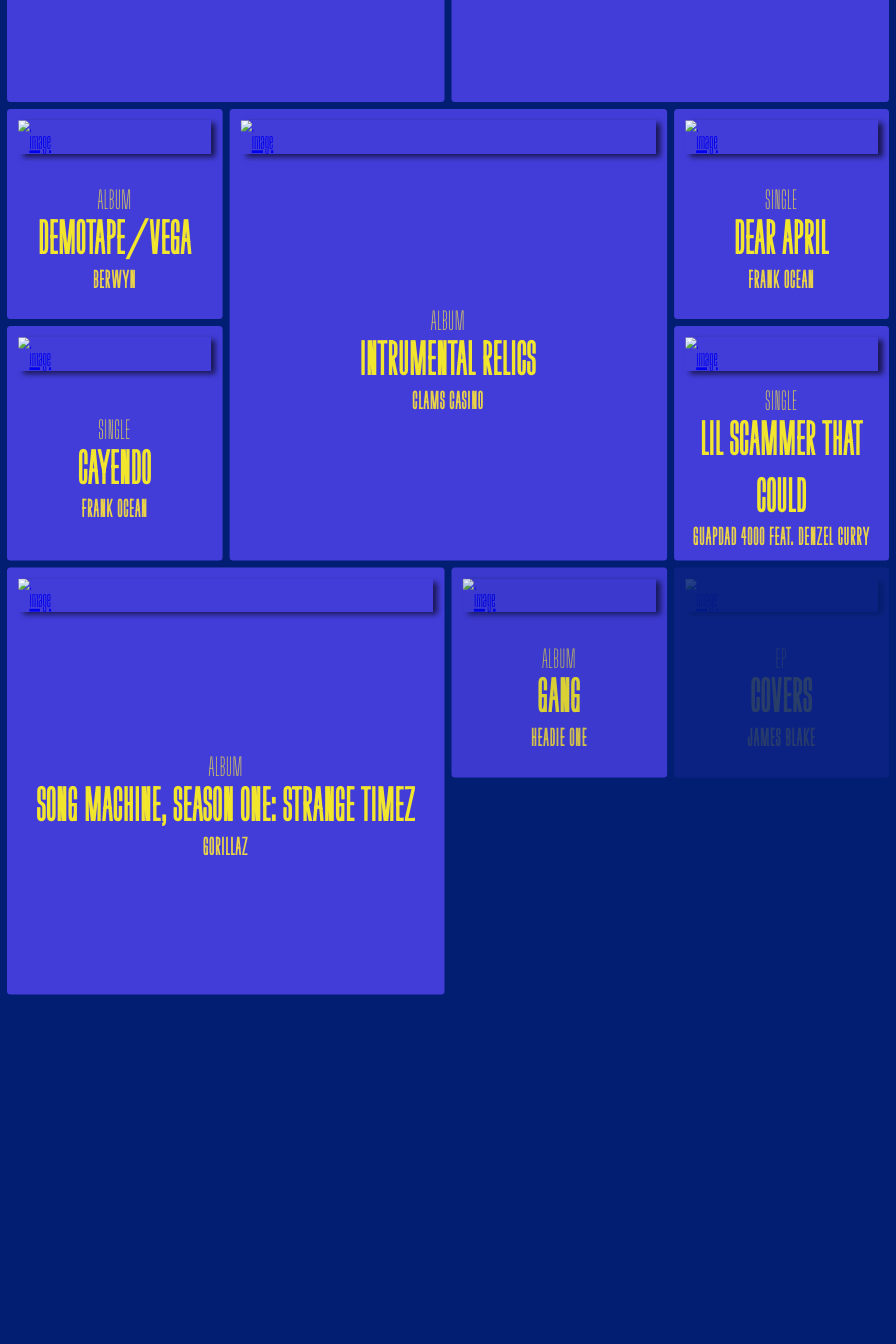
Repository: Spreceriany/musicly2020
Page: /
The author's editor kept a copy of each file at every save. The page is drawn from the files as they stood at one save, then again after the next save.
The browser window is 1280 px wide. The pictures show the part of the page from y = 2154 to 4074 px (the page is 6055 px tall), at 70% of full size.
Backgrounds fixed to the window are drawn as part of the page. Some web libraries are served in a nearby version. The project was rebuilt for these pictures with package versions that can differ from the ones it lists, and the page was loaded fresh each time.

Above is the page before, as saved 2021-01-17 22:48:04.
Console error: ReferenceError: Blazy is not defined

### index.html
<!doctype html>
<html class="no-js" lang="">

<head>
  <meta charset="utf-8">
  <title></title>
  <meta name="description" content="">
  <meta name="viewport" content="width=device-width, initial-scale=1">

  <meta property="og:title" content="">
  <meta property="og:type" content="">
  <meta property="og:url" content="">
  <meta property="og:image" content="">

  <link rel="manifest" href="site.webmanifest">
  <link rel="apple-touch-icon" href="icon.png">
  <!-- Place favicon.ico in the root directory -->

  <link rel="stylesheet" href="css/main.css">

  <meta name="theme-color" content="#fafafa">
</head>

<body>

  <div class="intro-wrapper">
    <div class="intro-bg" id="intro-bg">

    </div>
    <h3 id="title">
      My favourite albums/singles of <span class="year">2020</span>
    </h3>
    <p id="title-desc">
      A collection of music I've been listening to throughout the year
    </p>
  </div>

  <div class="grid-layout">
    <div class="grid-item grid-item-1">
      <div class="image-container  data-tilt data-tilt-glare data-tilt-max-glare="0.8"">

        <a href="https://open.spotify.com/album/6wTyGUWGCilBFZ837k5aRi">
          <img data-src="img/21savage.jpg" class="b-lazy" alt="image">
        </a>
      </div>
      <div class="album-disc">
        <a href="https://open.spotify.com/album/6wTyGUWGCilBFZ837k5aRi">
          <p>Album</p>
          <h2>Savage Mode ||</h2>
          <h3>21 Savage & Metro Boomin</h3>
        </a>
      </div>
    </div>
    <div class="grid-item grid-item-2 ">
      <div class="image-container data-tilt-glare ">
        <a href="https://open.spotify.com/album/4yP0hdKOZPNshxUOjY0cZj">
        <img data-src="img/Weekend-After-Hours-p.jpg" alt="image" class="b-lazy">
      </a>
      </div>
      <div class="album-disc">
        <a href="https://open.spotify.com/album/4yP0hdKOZPNshxUOjY0cZj">
        <p>Album</p>
        <h2>After Hours</h2>
        <h3>The Weeknd</h3>
      </a>
      </div>
    </div>

    <div class="grid-item grid-item-4">
      <div class="image-container">
        <a href="https://open.spotify.com/album/7h4cJfXQZMUCzHdqh25ye6?highlight=spotify:track:5QAUGlyYPPnis3e8ln0qiz">
        <img data-src="img/jpegmafia.jpg" class="b-lazy"  alt="image" >
      </a>
      </div>
      <div class="album-disc">
        <a href="https://open.spotify.com/album/7h4cJfXQZMUCzHdqh25ye6?highlight=spotify:track:5QAUGlyYPPnis3e8ln0qiz">
        <p>Single</p>
        <h2>BALD!</h2>
        <h3>JPEGMAFIA</h3>
        </a>
      </div>
    </div>
    <div class="grid-item span-2 grid-item-5">
      <div class="image-container">
        <a href="https://open.spotify.com/album/3dkB97Zw0sisRWTn0Wokjg?highlight=spotify:track:20wMPnqHdNdBWaKRaMM7fD">
        <img data-src="img/slowthai-feel-away.jpg" class="b-lazy" alt="image" >
      </a>
      </div>
      <div class="album-disc">
        <a href="https://open.spotify.com/album/3dkB97Zw0sisRWTn0Wokjg?highlight=spotify:track:20wMPnqHdNdBWaKRaMM7fD">
        <p>Single</p>
        <h2>Feel Away</h2>
        <h3>Slowthai feat. James Blake</h3>
      </a>
      </div>
    </div>
    <div class="grid-item grid-item-6">
      <div class="image-container">
        <a href="https://open.spotify.com/album/121Hqnfr9tMBdL0LJuIstL">
        <img data-src="img/dawson.jpg" class="b-lazy"  alt="image" >
      </a>
      </div>
      <div class="album-disc">
        <a href="https://open.spotify.com/album/121Hqnfr9tMBdL0LJuIstL">
        <p>Album</p>
        <h2>Pixel Bath</h2>
        <h3>Jean Daawson</h3>
      </a>
      </div>
    </div>
    <div class="grid-item span-2 grid-item-7">
      <div class="image-container">
        <a href="https://open.spotify.com/album/5LsyqeWryTmxsmda4xkm5a">
        <img data-src="img/denzel.jpg" class="b-lazy"  alt="image" >
      </a>
      </div>
      <div class="album-disc">
        <a href="https://open.spotify.com/album/5LsyqeWryTmxsmda4xkm5a">
        <p>Album</p>
        <h2>UNLOCKED</h2>
        <h3>Denzel Curry</h3>
      </a>
      </div>
    </div>
    <div class="grid-item span-2 grid-item-8">
      <div class="image-container">
        <a href="https://open.spotify.com/album/1YZ3k65Mqw3G8FzYlW1mmp">
        <img data-src="img/circles.jpeg" class="b-lazy" alt="image" >
      </a>
      </div>
      <div class="album-disc">
        <a href="https://open.spotify.com/album/1YZ3k65Mqw3G8FzYlW1mmp">
        <p>Album</p>
        <h2>Circles</h2>
        <h3>Mac Miller</h3>
      </a>
      </div>
    </div>
    <div class="grid-item span-2 grid-item-9">

      <div class="image-container">
        <a href="https://open.spotify.com/album/31qVWUdRrlb8thMvts0yYL">
        <img data-src="img/tame_impala.jpg" class="b-lazy" alt="image" >
      </a>
      </div>
      <div class="album-disc">
        <a href="https://open.spotify.com/album/31qVWUdRrlb8thMvts0yYL">
        <p>Album</p>
        <h2>Slow Rush</h2>
        <h3>Tame Impala</h3>
      </a>
      </div>
    </div>
    <div class="grid-item grid-item-10">

      <div class="image-container">
        <a href="https://open.spotify.com/album/3SucuvOplRzjCm602c5XuK">
         <img data-src="img/berwyn.jpg" class="b-lazy" alt="image" >
        </a>
      </div>
      <div class="album-disc">
        <a href="https://open.spotify.com/album/3SucuvOplRzjCm602c5XuK">
        <p>Album</p>
        <h2>Demotape/Vega</h2>
        <h3>Berwyn</h3>
      </a>
      </div>

    </div>
    <div class="grid-item grid-item-11 span-2">
      <div class="image-container">
        <a href="https://open.spotify.com/album/66eXLlqksAwNndmHaHWtCq">
        <img data-src="img/clams_casino.jpg" class="b-lazy" alt="image" >
      </a>
      </div>
      <div class="album-disc">
        <a href="https://open.spotify.com/album/66eXLlqksAwNndmHaHWtCq">
        <p>Album</p>
        <h2>Intrumental Relics</h2>
        <h3>Clams Casino</h3>
      </a>
      </div>
    </div>
    <div class="grid-item span-2 grid-item-12">
      <div class="image-container">
        <a href="https://open.spotify.com/album/5I9K0u8r52jp4Y2bF8mOaz">
        <img data-src="img/gorillaz.jpg" class="b-lazy" alt="image" >
      </a>
      </div>
      <div class="album-disc">
        <a href="https://open.spotify.com/album/5I9K0u8r52jp4Y2bF8mOaz">
        <p>Album</p>
        <h2>Song Machine, Season One: Strange Timez</h2>
        <h3>Gorillaz</h3>
      </a>
      </div>
    </div>
    <div class="grid-item  grid-item-13">
      <div class="image-container">
        <a href="https://open.spotify.com/album/4XPUXLAWXqM3uWMTucItjd?highlight=spotify:track:62ljuuXo0zrcrtJnnOhfxT">
        <img data-src="img/dearapril.jpg" class="b-lazy" alt="image" >
      </a>
      </div>
      <div class="album-disc">
        <a href="https://open.spotify.com/album/4XPUXLAWXqM3uWMTucItjd?highlight=spotify:track:62ljuuXo0zrcrtJnnOhfxT">
        <p>Single</p>
        <h2>Dear April</h2>
        <h3>Frank Ocean</h3>
      </a>
      </div>
    </div>
    <div class="grid-item grid-item-14">
      <div class="image-container">
        <a href="https://open.spotify.com/album/0FAWfXvd58Rm2VUSZMF8pr">
        <img data-src="img/frank_cayendo.jpg" class="b-lazy"  alt="image" >
      </a>
      </div>
      <div class="album-disc">
        <a href="https://open.spotify.com/album/0FAWfXvd58Rm2VUSZMF8pr">
        <p>Single</p>
        <h2>Cayendo</h2>
        <h3>Frank Ocean</h3>
      </a>
      </div>
    </div>
    <div class="grid-item grid-item-15">
      <div class="image-container">
        <a href="https://open.spotify.com/album/7ks5r98qyspJvfoJtXgdj4?highlight=spotify:track:2nSKol7UyxwffI6jLYTuUd">
        <img data-src="img/guapdad.png" class="b-lazy" alt="image" >
      </a>
      </div>
      <div class="album-disc">
        <a href="https://open.spotify.com/album/7ks5r98qyspJvfoJtXgdj4?highlight=spotify:track:2nSKol7UyxwffI6jLYTuUd">
        <p>Single</p>
        <h2>Lil Scammer That Could</h2>
        <h3>Guapdad 4000 feat. Denzel Curry</h3>
      </a>
      </div>
    </div>
    <div class="grid-item grid-item-16">
      <div class="image-container">
        <a href="https://open.spotify.com/album/5971dUyMLcsZa7IBioI7lP?highlight=spotify:track:1iUWofqtdh9FLzZooLBDw2">
        <img data-src="img/headie.jpg" class="b-lazy" alt="image" >
      </a>
      </div>
      <div class="album-disc">
        <a href="https://open.spotify.com/album/5971dUyMLcsZa7IBioI7lP?highlight=spotify:track:1iUWofqtdh9FLzZooLBDw2">
        <p>Album</p>
        <h2>GANG</h2>
        <h3>Headie One</h3>
      </a>
      </div>
    </div>
    <div class="grid-item span-3 grid-item-17">
      <div class="image-container">
        <a href="https://open.spotify.com/album/7saSlN9qdW5wKoN4M9nNRq">
        <img data-src="img/james-blake.jpg" class="b-lazy" alt="image" >
      </a>
      </div>
      <div class="album-disc">
        <a href="https://open.spotify.com/album/7saSlN9qdW5wKoN4M9nNRq">
        <p>Ep</p>
        <h2>Covers</h2>
        <h3>James Blake</h3>
      </a>
      </div>
    </div>
    <div class="grid-item grid-item-18">
      <div class="image-container">
        <a href="https://open.spotify.com/album/5o5xRlwkhpipPC0jGi2Sm2">
        <img data-src="img/jme.jpg" class="b-lazy" alt="image" >
      </a>
      </div>
      <div class="album-disc">
        <a href="https://open.spotify.com/album/5o5xRlwkhpipPC0jGi2Sm2">
        <p>Album</p>
        <h2>Grime MC</h2>
        <h3>JME</h3>
      </a>
      </div>
    </div>
    <div class="grid-item grid-item-19">
      <div class="image-container">
        <a href="">
        <img data-src="img/lute.jpg" class="b-lazy" alt="image" >
      </a>
      </div>
      <div class="album-disc">
        <a href="">
        <p>Single</p>
        <h2>Life</h2>
        <h3>Lute</h3>
      </a>
      </div>
    </div>

    <div class="grid-item  grid-item-21">
      <div class="image-container">
        <a href="https://open.spotify.com/album/4SnWrk06dIt4ynFRLpNX6e">
        <img data-src="img/mick.png" class="b-lazy" alt="image" >
      </a>
      </div>
      <div class="album-disc">
        <a href="https://open.spotify.com/album/4SnWrk06dIt4ynFRLpNX6e">
        <p>Album</p>
        <h2>The Circus</h2>
        <h3>Mick Jenkins</h3>
      </a>
      </div>

    </div>
    <div class="grid-item span-2 grid-item-20">
      <div class="image-container">
        <a href="https://open.spotify.com/album/6a8GwYiEMrXgMvZBvuBXrt">
        <img data-src="img/limbo_amine.jpg" class="b-lazy" alt="image" >
      </a>
      </div>
      <div class="album-disc">
        <a href="https://open.spotify.com/album/6a8GwYiEMrXgMvZBvuBXrt">
        <p>Album</p>
        <h2>Limbo</h2>
        <h3>Amine</h3>
      </a>
      </div>
    </div>
    <div class="grid-item span-2 grid-item-22">
      <div class="image-container">
        <a href="https://open.spotify.com/album/35CHoLB0GEwYlOomriifC6">
        <img data-src="img/moses.jpg" class="b-lazy" alt="image" >
      </a>
      </div>
      <div class="album-disc">
        <a href="https://open.spotify.com/album/35CHoLB0GEwYlOomriifC6">
        <p>Album</p>
        <h2>grae</h2>
        <h3>Moses Sumney</h3>
      </a>
      </div>
    </div>
    <div class="grid-item grid-item-23">
      <div class="image-container">
        <a href="">
        <img data-src="img/mustafa.png" class="b-lazy" alt="image" >
      </a>
      </div>
      <div class="album-disc">
        <a href="">
        <p>Single</p>
        <h2>Air Forces</h2>
        <h3>Mustafa</h3>
      </a>
      </div>
    </div>
    <div class="grid-item grid-item-24">
      <div class="image-container">
        <a href="">
        <img data-src="img/platinum falcon.jpg" class="b-lazy" alt="image" >
      </a>
      </div>
      <div class="album-disc">
        <a href="">
        <p>Album</p>
        <h2>Platinum Falcon</h2>
        <h3>Guapdad 4000</h3>
      </a>
      </div>
    </div>
    <div class="grid-item span-2 grid-item-25">
      <div class="image-container">
        <a href="">
        <img data-src="img/motm3.jpg" class="b-lazy" alt="image" >
      </a>
      </div>
      <div class="album-disc">
        <a href="">
        <p>Album</p>
        <h2>Man on the Moon 3</h2>
        <h3>Kid Cudi</h3>
      </a>
      </div>
    </div>
    <div class="grid-item  grid-item-26">
      <div class="image-container">
        <a href="">
        <img data-src="img/yung_lean.png" class="b-lazy"   alt="image" >
      </a>
      </div>
      <div class="album-disc">
        <a href="">
        <p>Album</p>
        <h2>Starz</h2>
        <h3>Yung Lean</h3>
      </a>
      </div>
    </div>
    <div class="grid-item  grid-item-26">
      <div class="image-container">
        <a href="">
        <img data-src="img/tobi.jpg" class="b-lazy"  alt="image" >
      </a>
      </div>
      <div class="album-disc">
        <a href="">
        <p>EP</p>
        <h2>LINGO STARR</h2>
        <h3>tobi lou</h3>
      </a>
      </div>
    </div>
    <div class="grid-item  grid-item-26">
      <div class="image-container">
        <a href="">
        <img data-src="img/whiterose.jpg" class="b-lazy"  alt="image" >
      </a>
      </div>
      <div class="album-disc">
        <a href="">
        <p>Album</p>
        <h2>white ceiling</h2>
        <h3>whiterosemoxie</h3>
      </a>
      </div>
    </div>
    <div class="grid-item span-2 grid-item-26">
      <div class="image-container">
        <a href="">
        <img data-src="img/spiligion.png" class="b-lazy" alt="image" >
      </a>
      </div>
      <div class="album-disc">
        <a href="">
        <p>Album</p>
        <h2>Spligion</h2>
        <h3>Spillage Village</h3>
      </a>
      </div>
    </div>
    <div class="grid-item  grid-item-26">
      <div class="image-container">
        <a href="">
        <img data-src="img/kota.jpg" class="b-lazy" alt="image" >
      </a>
      </div>
      <div class="album-disc">
        <a href="">
        <p>Album</p>
        <h2>EVERYTHING</h2>
        <h3>Kota the Friend</h3>
      </a>
      </div>
    </div>
    <div class="grid-item  grid-item-26">
      <div class="image-container">
        <a href="">
        <img data-src="img/rapper-weed.jpg" class="b-lazy" alt="image" >
      </a>
      </div>
      <div class="album-disc">
        <a href="">
        <p>Single</p>
        <h2>Rapper Weed</h2>
        <h3>SiR</h3>
      </a>
      </div>
    </div>
    <div class="grid-item span-2 grid-item-27">
      <div class="image-container">
        <a href="">
        <img data-src="img/strokes.jpg" class="b-lazy"  alt="image" >
      </a>
      </div>
      <div class="album-disc">
        <a href="">
        <p>Album</p>
        <h2>The New Abnormal</h2>
        <h3>The Strokes</h3>
      </a>
      </div>
    </div>



  </div>




  <script src="js/vendor/modernizr-3.11.2.min.js"></script>
  <script src="js/plugins.js"></script>
  <script async src="js/main.js"></script>
  <script src="js/blazy.js"></script>
  <script src="https://cdnjs.cloudflare.com/ajax/libs/gsap/3.6.0/gsap.min.js"></script>
  <script src="https://cdnjs.cloudflare.com/ajax/libs/gsap/3.6.0/ScrollTrigger.min.js"></script>
  <script src="js/vanilla-tilt.min.js"></script>
  <!-- Google Analytics: change UA-XXXXX-Y to be your site's ID. -->
  <script>
    var blazy = new Blazy({
      offset:100
    });
  </script>

  <script type="text/javascript">
    if (window.innerWidth > 996) {
      VanillaTilt.init(document.querySelectorAll(".image-container"), {
      max: 10,
      speed: 700,
      glare:true,
      gyroscope:false,


      "max-glare":.6,
    });

    //It also supports NodeList
    VanillaTilt.init(document.querySelectorAll(".image-container"));
      }

  </script>



  <script src="https://www.google-analytics.com/analytics.js" async></script>
</body>

</html>

### css/main.css
@font-face {
  font-family: "Gt Flexa";
  src: url("../css/GT Flexa Regular.ttf");
}

* {
  -webkit-box-sizing: border-box;
          box-sizing: border-box;
  padding: 0;
  margin: 0;
}

body {
  font-family: "GT Flexa", "Segoe UI", Tahoma, Geneva, Verdana, sans-serif;
  -webkit-font-smoothing: antialiased;
  -moz-osx-font-smoothing: grayscale;
  font-display: swap;
}

.grid-layout {
  display: -ms-grid;
  display: grid;
  -ms-grid-columns: (minmax(300px, 1fr))[auto-fill];
      grid-template-columns: repeat(auto-fill, minmax(300px, 1fr));
  grid-gap: 10px;
  grid-auto-rows: minmax(300px, auto);
  grid-auto-flow: dense;
  padding: 10px;
  background-color: #021e73;
}

.grid-item {
  display: -ms-grid;
  display: grid;
  padding: 1rem;
  opacity: 0;
  font-size: 40px;
  -webkit-box-align: stretch;
      -ms-flex-align: stretch;
          align-items: stretch;
  justify-items: center;
  background-color: #423dd9;
  height: 100%;
  -webkit-transform: translateY(30px);
          transform: translateY(30px);
  color: #929796;
  border-radius: 5px;
}

.grid-item h2 {
  color: #f2e52e;
  text-transform: uppercase;
  letter-spacing: 2px;
  margin-top: -12px;
  font-size: 4.2rem;
}

.grid-item h3 {
  color: #e9d249;
  text-transform: uppercase;
  letter-spacing: 2px;
  font-size: 2.2rem;
  font-weight: 700;
}

.grid-item p {
  text-transform: uppercase;
  letter-spacing: 1px;
  color: #cabc69;
}

.grid-item:hover .image-container img {
  -webkit-transform: scale(1.02);
          transform: scale(1.02);
  -webkit-box-shadow: 5px 3px 30px 9px #000000;
  box-shadow: 0px 14px 43px 6px #000000;
}

.grid-item:hover .album-disc {
  -webkit-transform: scale(0.9);
          transform: scale(0.9);
  opacity: 0.8;
}

.span-2 {
  -ms-grid-column-span: 2;
      grid-column-end: span 2;
  -ms-grid-row-span: 2;
      grid-row-end: span 2;
}

@media (max-width: 646px) {
  .grid-layout {
    -ms-grid-columns: 1fr;
        grid-template-columns: 1fr;
  }
  .span-2 {
    grid-column-end: auto;
    grid-row-end: auto;
  }
}

img {
  width: 100%;
  height: auto;
}

.image-container {
  width: 100%;
  display: table;
}

.image-container a {
  display: -webkit-box;
  display: -ms-flexbox;
  display: flex;
}

.image-container img {
  -o-object-fit: cover;
     object-fit: cover;
  -webkit-box-shadow: 7px 4px 8px 0px rgba(0, 0, 0, 0.63);
  box-shadow: 7px 4px 8px 0px rgba(0, 0, 0, 0.63);
  -webkit-transition: -webkit-transform 0.7s ease, -webkit-box-shadow 0.7s ease;
  transition: -webkit-transform 0.7s ease, -webkit-box-shadow 0.7s ease;
  transition: transform 0.7s ease, box-shadow 0.7s ease;
  transition: transform 0.7s ease, box-shadow 0.7s ease, -webkit-transform 0.7s ease, -webkit-box-shadow 0.7s ease;
}

.album-disc {
  width: 100%;
  position: relative;
  display: -webkit-box;
  display: -ms-flexbox;
  display: flex;
  -webkit-box-orient: vertical;
  -webkit-box-direction: normal;
      -ms-flex-direction: column;
          flex-direction: column;
  -webkit-box-align: center;
      -ms-flex-align: center;
          align-items: center;
  -webkit-transition: opacity 0.7s ease, -webkit-transform 0.7s ease;
  transition: opacity 0.7s ease, -webkit-transform 0.7s ease;
  transition: opacity 0.7s ease, transform 0.7s ease;
  transition: opacity 0.7s ease, transform 0.7s ease, -webkit-transform 0.7s ease;
  margin-top: 15px;
}

.album-disc a {
  -ms-flex-item-align: center;
      -ms-grid-row-align: center;
      align-self: center;
  text-decoration: none;
  text-align: center;
  position: relative;
}

.intro-wrapper {
  width: 100%;
  min-height: 100vh;
  background-color: #021e73;
  display: -ms-grid;
  display: grid;
  z-index: 10;
  padding: 40px;
  background-position: 60% center;
  place-content: center;
  position: relative;
}

@media only screen and (max-width: 996px) {
  .intro-wrapper .intro-wrapper {
    background-position: left;
  }
}

.intro-wrapper h3 {
  opacity: 0;
  font-weight: 700;
  text-transform: uppercase;
  color: #f2e52e;
  letter-spacing: 3px;
  font-size: max(11vw, 5rem);
}

@media (max-width: 556px) {
  .intro-wrapper h3,
  .intro-wrapper p {
    line-height: 94%;
  }
}

.intro-wrapper p {
  font-size: max(5vw, 3rem);
  color: #e9d249;
  letter-spacing: 2px;
  line-height: 45px;
  opacity: 0;
}

.intro-wrapper .intro-bg {
  position: absolute;
  width: 100%;
  height: 100%;
  background-image: url("../img/sluchatka5.png");
  background-size: cover;
  background-repeat: no-repeat;
  background-position: center;
  background-attachment: fixed;
  z-index: -1;
  opacity: 0;
}

@media only screen and (max-width: 996px) {
  .intro-wrapper .intro-bg {
    background-position: left;
  }
}

.year {
  color: #021e73;
  text-shadow: 1px 0 0 #f2e52e, 0 1px 0 #f2e52e, -1px 0 0 #f2e52e, 0 -1px 0 #f2e52e;
}
/*# sourceMappingURL=main.css.map */

### js/plugins.js
// Avoid `console` errors in browsers that lack a console.
(function() {
  var method;
  var noop = function () {};
  var methods = [
    'assert', 'clear', 'count', 'debug', 'dir', 'dirxml', 'error',
    'exception', 'group', 'groupCollapsed', 'groupEnd', 'info', 'log',
    'markTimeline', 'profile', 'profileEnd', 'table', 'time', 'timeEnd',
    'timeline', 'timelineEnd', 'timeStamp', 'trace', 'warn'
  ];
  var length = methods.length;
  var console = (window.console = window.console || {});

  while (length--) {
    method = methods[length];

    // Only stub undefined methods.
    if (!console[method]) {
      console[method] = noop;
    }
  }
}());

// Place any jQuery/helper plugins in here.

### js/main.js


const timeline = gsap.timeline({defaults: {duration:1}})
gsap.registerPlugin(ScrollTrigger);

var items = document.querySelectorAll('.grid-item')

gsap.to(items,{
    scrollTrigger:items,
    opacity:1,
    stagger:0.3

})
timeline
    .to('#intro-bg',{scale:1,opacity:1,duration:1.5})
    .to('#title',{opacity:1})
    .to('#title-desc',{opacity:1});

Loaded but not shown: js/vendor/modernizr-3.11.2.min.js (library); js/vanilla-tilt.min.js (library); js/blazy.js (370 lines, source omitted)

After the next save:
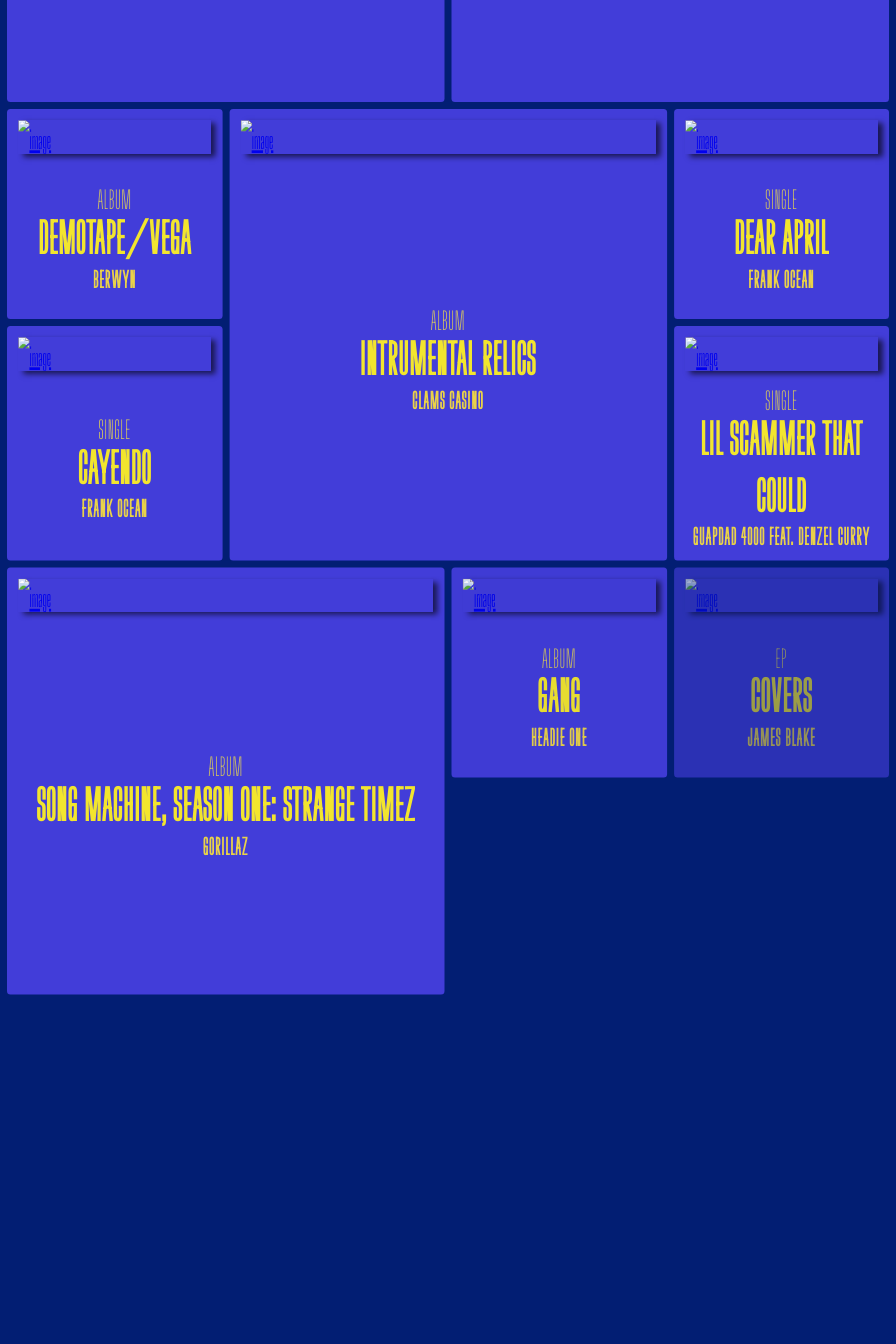
Saved 4 min 34 s later.
--- a/js/main.js
+++ b/js/main.js
@@ -5,12 +5,16 @@
 
 var items = document.querySelectorAll('.grid-item')
 
-gsap.to(items,{
-    scrollTrigger:items,
-    opacity:1,
-    stagger:0.3
+gsap.utils.toArray('.grid-item').forEach(item =>{
+    gsap.to('.grid-item',{
+        scrollTrigger:'.grid-item',
+        opacity:1,
+        stagger:0.3
 
+    })
 })
+
+
 timeline
     .to('#intro-bg',{scale:1,opacity:1,duration:1.5})
     .to('#title',{opacity:1})
